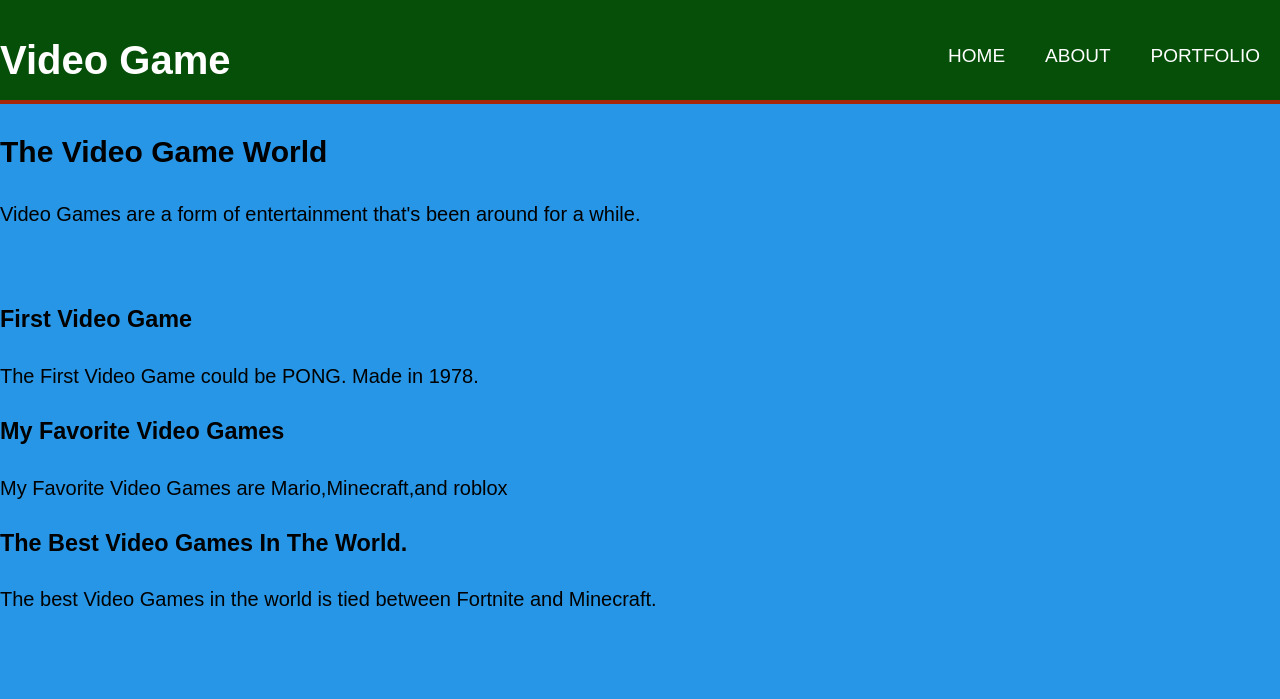
Repository: AndreeBroG/AndreeBroG.github.io
Page: Index.html
The author's editor kept a record of every edit. The page is drawn from the files as they stood at one moment, then again after the next edit.
The browser window is 1280 px wide. The pictures show the whole page.

Above is the page before.

After the next edit:
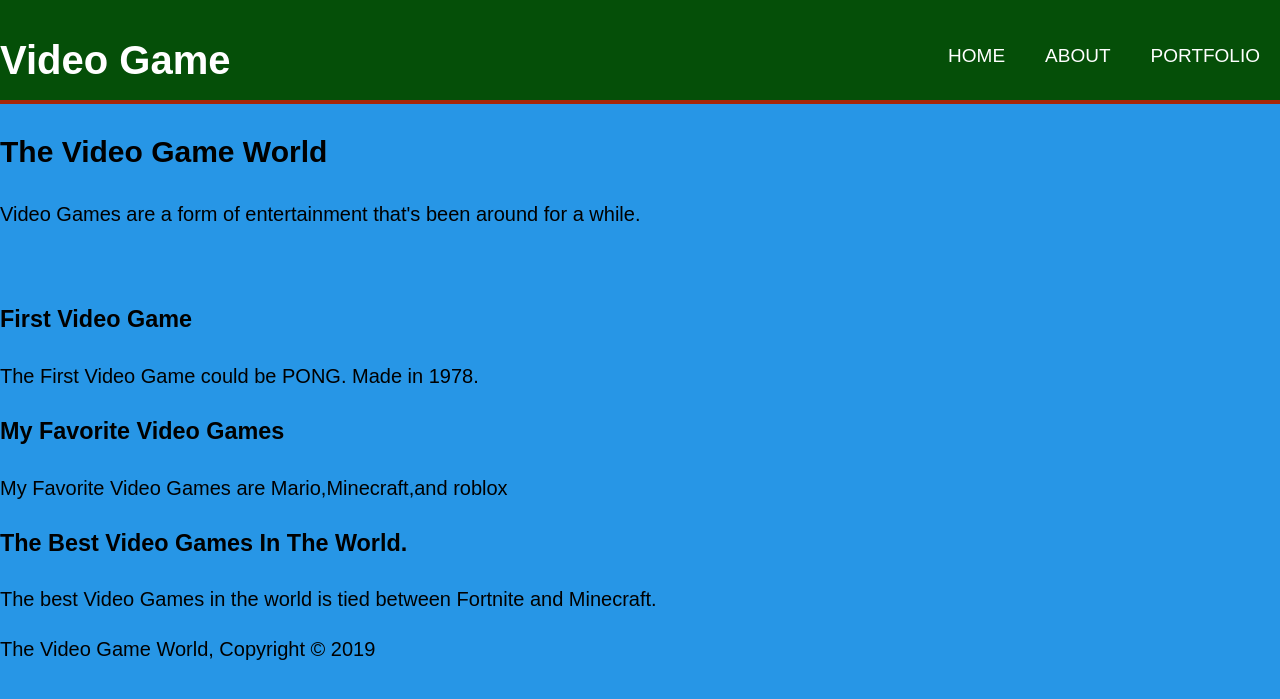
The edit:
--- a/Index.html
+++ b/Index.html
@@ -42,5 +42,9 @@
              </div>
          </div>
       </section>
+
+         <footer>
+             <p>The Video Game World, Copyright &copy; 2019</p>
+         </footer>
     </body>
     </html>
